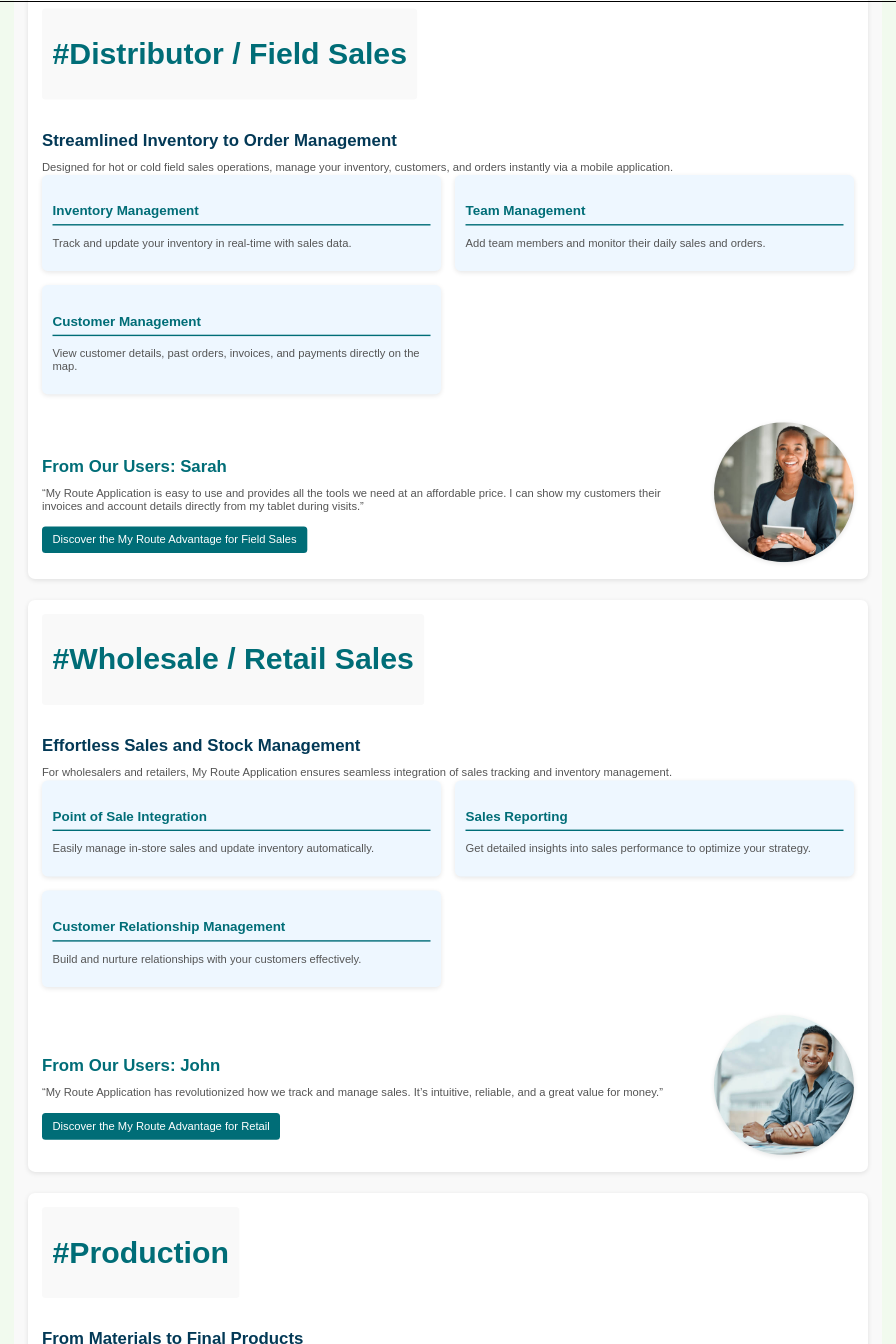
Repository: senolinanyasar/myrouteapplication
Page: /industries
An editor plug-in stored every save of this project. The page is shown before and after the next save, followed by the edit.
The browser window is 1280 px wide. The pictures show the part of the page from y = 363 to 2283 px (the page is 3406 px tall), at 70% of full size.
The project was rebuilt for these pictures with package versions that can differ from the ones it lists, and the page was loaded fresh each time. Also part of the build but not shown: vite.config.js, src/components/HeroSection.css, src/components/HeroSection.js, src/components/FeaturesSection.css, src/components/FeaturesSection.js, src/components/PricingSection.css, src/components/PricingSection.js, src/components/SupportSection.css and 6 more.

Above is the page before, as saved 2024-11-17 23:08:26.

After the next save:
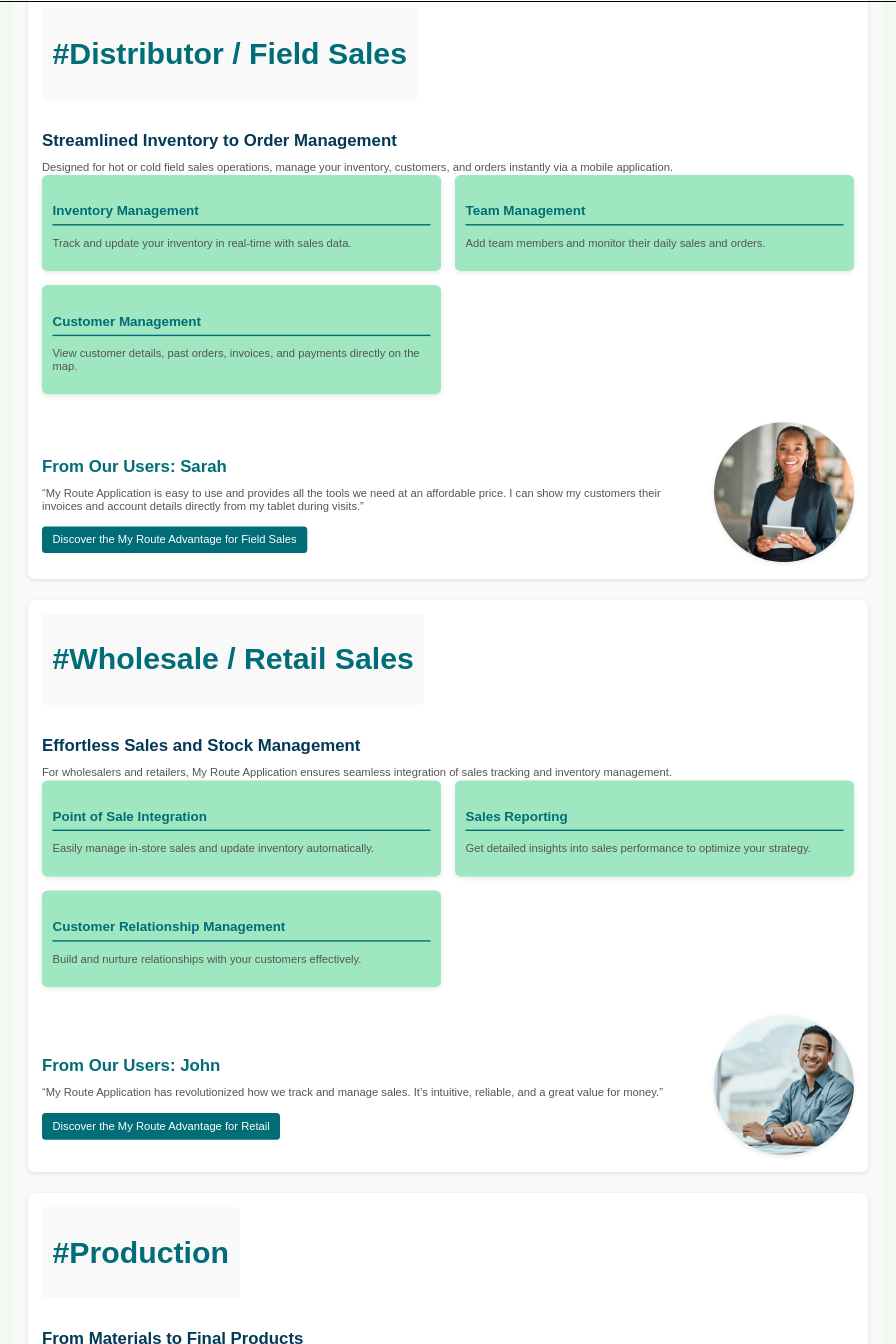
Saved 21 s later.
--- a/src/components/IndustriesPage.css
+++ b/src/components/IndustriesPage.css
@@ -90,7 +90,7 @@
     margin-bottom: 40px;
 }
 .industry-feature {
-    background-color: #eef7ff;
+    background-color: #9fe7c0;
     padding: 15px;
     border-radius: 8px;
     box-shadow: 0 2px 8px rgba(0, 0, 0, 0.1);
